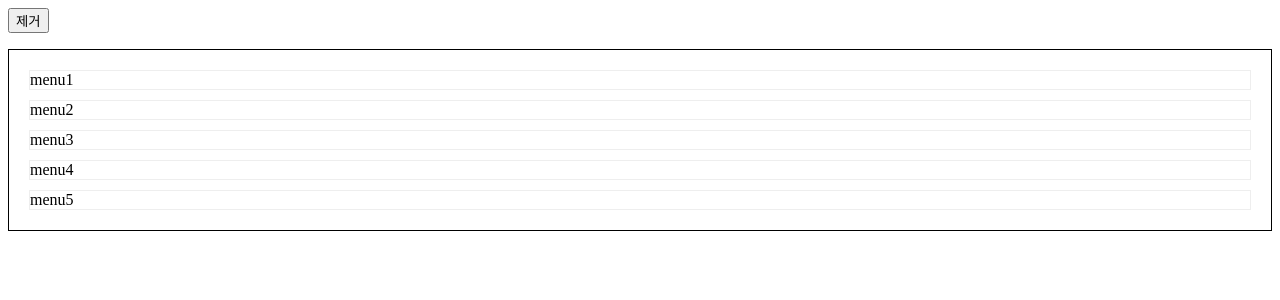
Repository: swc0516s/EZEN-JS
Page: JavaScript Workspace Lecture/JavaScript_jQuery_03/WebContent/Chapter05/5_14.html
An editor plug-in stored every save of this project. The page is shown before and after the next save, followed by the edit.
The browser window is 1280 px wide. The pictures show the whole page.
After loading, the first visible `#remove` was clicked once.

Above is the page before, as saved 2022-03-22 01:41:37.

### JavaScript Workspace Lecture/JavaScript_jQuery_03/WebContent/Chapter05/5_14.html
<!DOCTYPE html>
<html>
<head>
<meta charset="UTF-8">
<title>Insert title here</title>
<style type="text/css">
body {
	font-size: 16px;
	font-family: "굴림;"
}

ul.menu {
	padding: 10px;
	list-style: none;
	border: 1px #000 solid;
}

ul.menu li {
	border: 1px #eeeeee solid;
	margin: 10px;
}

li.select {
	background-color: #ccc;
	color: #f00;
	font-size: 20px;
}

ul.menu li.border {
	border: 4px solid #f00;
}
</style>
<script type="text/javascript" src="../libs/jquery-3.6.0.min.js"></script>
<script type="text/javascript">
	// 제거버튼(#remove)을 누르면 메뉴 항목에 설정돼있는 클래스를 모두 제거
	$(document).ready(function() {
		// 메뉴 아이템에 클릭 이벤트 등록
		$("#remove").click(function() {
			$("ul.menu li").each(function() {
				$(this).removeClass();
			});
		});
	});
</script>
</head>
<body>
	<button id="remove">제거</button>
	<ul class="menu">
		<li>menu1</li>
		<li>menu2</li>
		<li class="select">menu3</li>
		<li>menu4</li>
		<li>menu5</li>


	</ul>

</body>
</html>

Loaded but not shown: JavaScript Workspace Lecture/JavaScript_jQuery_03/WebContent/libs/jquery-3.6.0.min.js (library)

After the next save:
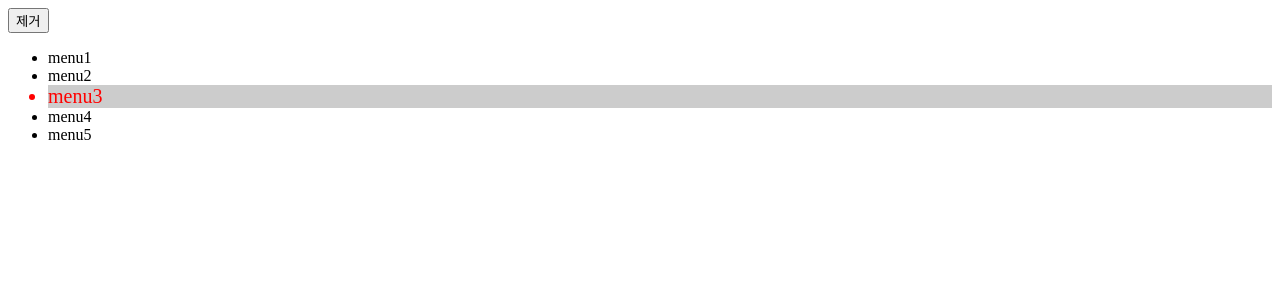
Saved 4 min 4 s later.
--- a/JavaScript Workspace Lecture/JavaScript_jQuery_03/WebContent/Chapter05/5_14.html
+++ b/JavaScript Workspace Lecture/JavaScript_jQuery_03/WebContent/Chapter05/5_14.html
@@ -36,7 +36,7 @@
 	$(document).ready(function() {
 		// 메뉴 아이템에 클릭 이벤트 등록
 		$("#remove").click(function() {
-			$("ul.menu li").each(function() {
+			$("ul.menu").each(function() {
 				$(this).removeClass();
 			});
 		});

After the 4 saves that followed:
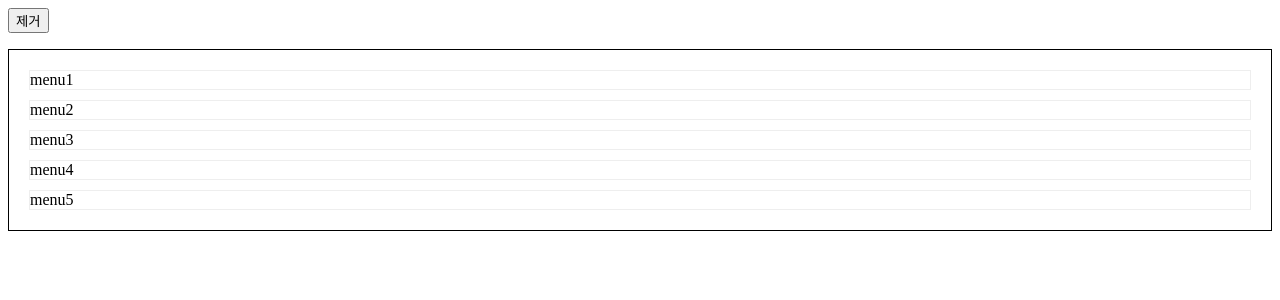
The 4 saves are shown as one change because 3 left the picture as it was.
The last was saved 53 s later.
--- a/JavaScript Workspace Lecture/JavaScript_jQuery_03/WebContent/Chapter05/5_14.html
+++ b/JavaScript Workspace Lecture/JavaScript_jQuery_03/WebContent/Chapter05/5_14.html
@@ -36,7 +36,7 @@
 	$(document).ready(function() {
 		// 메뉴 아이템에 클릭 이벤트 등록
 		$("#remove").click(function() {
-			$("ul.menu").each(function() {
+			$("ul.menu li").each(function() {
 				$(this).removeClass();
 			});
 		});
